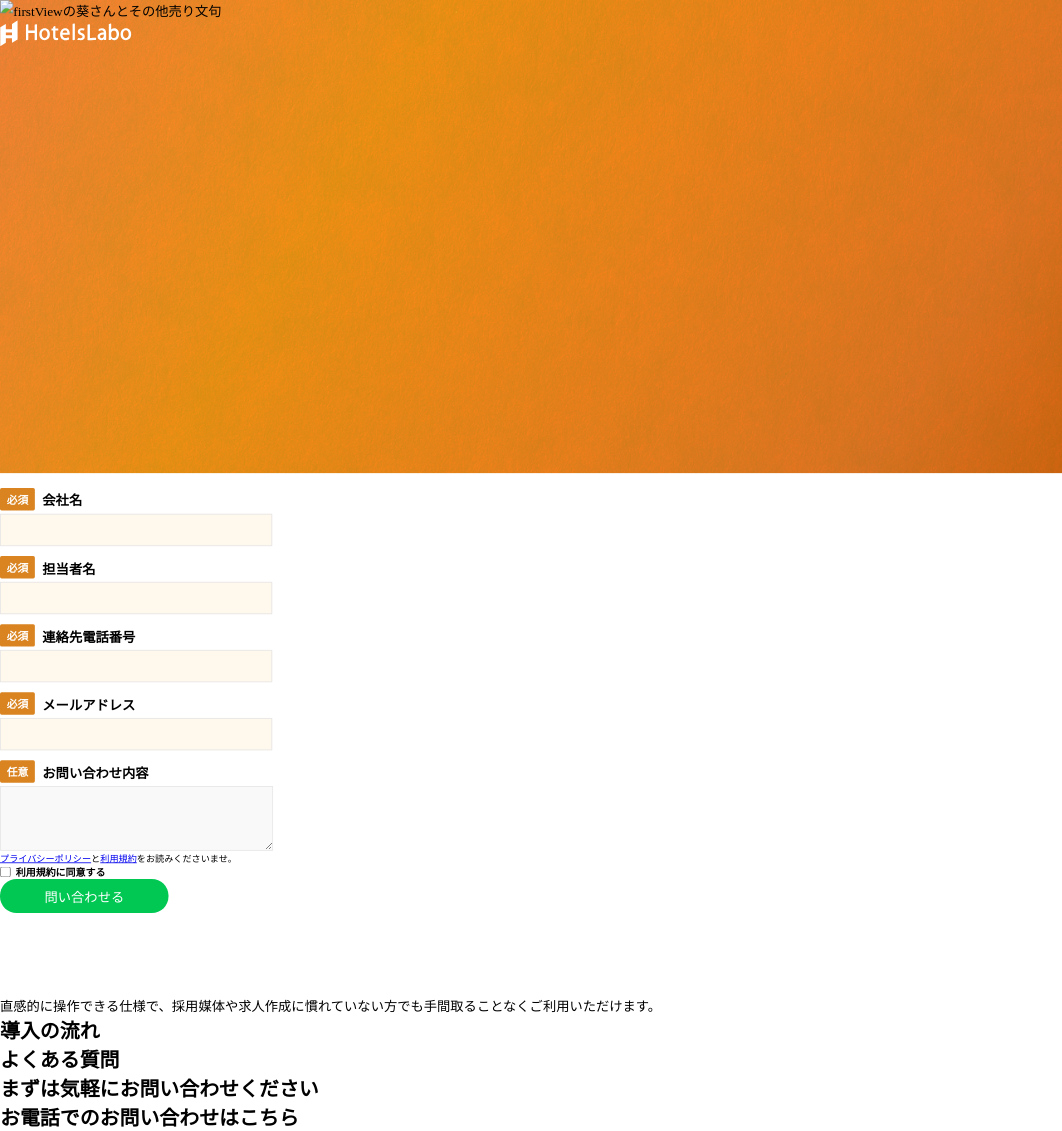
Repository: FujieRyou/to_b_lp
Page: index.html
The author's editor kept a copy of each file at every save. The page is drawn from the files as they stood at one save, then again after the next save.
The browser window is 1280 px wide. The pictures show the whole page, at 83% of full size.

Above is the page before, as saved 2024-02-25 01:52:58.
Not found: index.js

### index.html
<!DOCTYPE html>
<html lang="ja">
    <head>
        <meta charset="utf-8">
        <meta http-equiv="X-UA-Compatible" content="ie=edge">
        <meta name="viewport" content="width=device-width,initial-scale=1.0,minimum-scale=1.0">
        <meta name="format-detection" content="telephone=no">
        <meta name="keywords" content="">
        <meta name="description" content="ここに説明文を設定">
        <meta name="twitter:card" content="summary">
        <meta name="twitter:site" content="@twitteraccount">
        <meta property="og:site_name" content="サイト名">
        <meta property="og:title" content="サイトタイトル">
        <meta property="og:description" content="サイト説明文">
        <meta property="og:url" content="https://www.hogehoge.com">
        <meta property="og:image" content="https://www.hogehoge.com./hoge.jpg">
        <meta property="og:image:type" content="image/jpeg">
        <meta property="og:image:width" content="600">
        <meta property="og:image:height" content="400">
        <meta property="og:type" content="website">
        <title>ホテルズラボ｜ホテルの求人・旅館の転職情報</title>
        <link rel="stylesheet" href="ress.css">
        <link rel="stylesheet" href="style.css">
    </head>
    <body>
        <main>
            <section>
                <div class="firstViewWrap">
                    <div class="firstViewEffect">
                        <div class="contentWrap">
                            <div>
                                <img src="" alt="firstViewの葵さんとその他売り文句">
                                <header>
                                    <h1>
                                        <img src="img/ロゴ.svg" alt="ホテルズラボのロゴ" class="logo">
                                    </h1>
                                </header>
                            </div>
                        </div>
                    </div>
                </div>
            </section>
            <!-- 動く会社のロゴ -->
            <section>
                <div>
                    <ul>
                        <li></li>
                    </ul>
                </div>
            </section>
            <!-- form -->
            <section>
                <div>
                    <form action="" class="formWrap">
                        <div class="formFlexStyle">
                            <label for="companyName"><span>必須</span>会社名</label>
                            <input type="text">
                        </div>
                        <div class="formFlexStyle">
                            <label for="companyName"><span>必須</span>担当者名</label>
                            <input type="text">
                        </div>
                        <div class="formFlexStyle">
                            <label for="companyName"><span>必須</span>連絡先電話番号</label>
                            <input type="text">
                        </div>
                        <div class="formFlexStyle">
                            <label for="companyName"><span>必須</span>メールアドレス</label>
                            <input type="text">
                        </div>
                        <div class="formFlexStyle">
                            <label for="companyName"><span>任意</span>お問い合わせ内容</label>
                            <textarea name="" id="" cols="30" rows="10"></textarea>
                        </div>
                        <p><a href="#">プライバシーポリシー</a>と<a href="#">利用規約</a>をお読みくださいませ。</p>
                        <div class="consent">
                            <input type="checkbox">
                            <label for="">利用規約に同意する</label>
                        </div>
                        <button type="submit">問い合わせる</button>
                    </form>
                </div>
            </section>
            <section>
                <div>
                    <h2><img src="" alt=""></h2>
                    <div>
                        <div>
                            <img src="" alt="">
                            <img src="" alt="">
                            <img src="" alt="">
                        </div>
                    </div>
                </div>
            </section>
            <section>
                <div>
                    <p></p>
                    <h2><img src="" alt=""></h2>
                    <article></article>
                    <article></article>
                    <article></article>
                    <article></article>
                </div>
            </section>
            <section>
                <div>
                    <h2><img src="" alt=""></h2>
                    <p>直感的に操作できる仕様で、採用媒体や求人作成に慣れていない方でも手間取ることなくご利用いただけます。</p>
                </div>
            </section>
            <section>
                <div>
                    <h2>導入の流れ</h2>
                </div>
            </section>
            <section>
                <div>
                    <h2>よくある質問</h2>
                </div>
            </section>
            <section>
                <div>
                    <h2>まずは気軽にお問い合わせください</h2>
                </div>
            </section>
        </main>
        <footer>
            <h2>お電話でのお問い合わせはこちら</h2>
        </footer>
        <script src="index.js"></script>
    </body>
</html>

### ress.css
/*!
 * ress.css • v4.0.0
 * MIT License
 * github.com/filipelinhares/ress
 */

/* # =================================================================
   # Global selectors
   # ================================================================= */

   html {
    box-sizing: border-box;
    -webkit-text-size-adjust: 100%; /* Prevent adjustments of font size after orientation changes in iOS */
    word-break: normal;
    -moz-tab-size: 4;
    tab-size: 4;
  }

  *,
  ::before,
  ::after {
    background-repeat: no-repeat; /* Set `background-repeat: no-repeat` to all elements and pseudo elements */
    box-sizing: inherit;
  }

  ::before,
  ::after {
    text-decoration: inherit; /* Inherit text-decoration and vertical align to ::before and ::after pseudo elements */
    vertical-align: inherit;
  }

  * {
    padding: 0; /* Reset `padding` and `margin` of all elements */
    margin: 0;
  }

  /* # =================================================================
     # General elements
     # ================================================================= */

  hr {
    overflow: visible; /* Show the overflow in Edge and IE */
    height: 0; /* Add the correct box sizing in Firefox */
    color: inherit; /* Correct border color in Firefox. */
  }

  details,
  main {
    display: block; /* Render the `main` element consistently in IE. */
  }

  summary {
    display: list-item; /* Add the correct display in all browsers */
  }

  small {
    font-size: 80%; /* Set font-size to 80% in `small` elements */
  }

  [hidden] {
    display: none; /* Add the correct display in IE */
  }

  abbr[title] {
    border-bottom: none; /* Remove the bottom border in Chrome 57 */
    /* Add the correct text decoration in Chrome, Edge, IE, Opera, and Safari */
    text-decoration: underline;
    text-decoration: underline dotted;
  }

  a {
    background-color: transparent; /* Remove the gray background on active links in IE 10 */
  }

  a:active,
  a:hover {
    outline-width: 0; /* Remove the outline when hovering in all browsers */
  }

  code,
  kbd,
  pre,
  samp {
    font-family: monospace, monospace; /* Specify the font family of code elements */
  }

  pre {
    font-size: 1em; /* Correct the odd `em` font sizing in all browsers */
  }

  b,
  strong {
    font-weight: bolder; /* Add the correct font weight in Chrome, Edge, and Safari */
  }

  /* https://gist.github.com/unruthless/413930 */
  sub,
  sup {
    font-size: 75%;
    line-height: 0;
    position: relative;
    vertical-align: baseline;
  }

  sub {
    bottom: -0.25em;
  }

  sup {
    top: -0.5em;
  }

  table {
    border-color: inherit; /* Correct border color in all Chrome, Edge, and Safari. */
    text-indent: 0; /* Remove text indentation in Chrome, Edge, and Safari */
  }

  /* # =================================================================
     # Forms
     # ================================================================= */

  input {
    border-radius: 0;
  }

  /* Replace pointer cursor in disabled elements */
  [disabled] {
    cursor: default;
  }

  [type='number']::-webkit-inner-spin-button,
  [type='number']::-webkit-outer-spin-button {
    height: auto; /* Correct the cursor style of increment and decrement buttons in Chrome */
  }

  [type='search'] {
    -webkit-appearance: textfield; /* Correct the odd appearance in Chrome and Safari */
    outline-offset: -2px; /* Correct the outline style in Safari */
  }

  [type='search']::-webkit-search-decoration {
    -webkit-appearance: none; /* Remove the inner padding in Chrome and Safari on macOS */
  }

  textarea {
    overflow: auto; /* Internet Explorer 11+ */
    resize: vertical; /* Specify textarea resizability */
  }

  button,
  input,
  optgroup,
  select,
  textarea {
    font: inherit; /* Specify font inheritance of form elements */
  }

  optgroup {
    font-weight: bold; /* Restore the font weight unset by the previous rule */
  }

  button {
    overflow: visible; /* Address `overflow` set to `hidden` in IE 8/9/10/11 */
  }

  button,
  select {
    text-transform: none; /* Firefox 40+, Internet Explorer 11- */
  }

  /* Apply cursor pointer to button elements */
  button,
  [type='button'],
  [type='reset'],
  [type='submit'],
  [role='button'] {
    cursor: pointer;
    color: inherit;
  }

  /* Remove inner padding and border in Firefox 4+ */
  button::-moz-focus-inner,
  [type='button']::-moz-focus-inner,
  [type='reset']::-moz-focus-inner,
  [type='submit']::-moz-focus-inner {
    border-style: none;
    padding: 0;
  }

  /* Replace focus style removed in the border reset above */
  button:-moz-focusring,
  [type='button']::-moz-focus-inner,
  [type='reset']::-moz-focus-inner,
  [type='submit']::-moz-focus-inner {
    outline: 1px dotted ButtonText;
  }

  button,
  html [type='button'], /* Prevent a WebKit bug where (2) destroys native `audio` and `video`controls in Android 4 */
  [type='reset'],
  [type='submit'] {
    -webkit-appearance: button; /* Correct the inability to style clickable types in iOS */
  }

  /* Remove the default button styling in all browsers */
  button,
  input,
  select,
  textarea {
    background-color: transparent;
    border-style: none;
  }

  a:focus,
  button:focus,
  input:focus,
  select:focus,
  textarea:focus {
    outline-width: 0;
  }

  /* Style select like a standard input */
  select {
    -moz-appearance: none; /* Firefox 36+ */
    -webkit-appearance: none; /* Chrome 41+ */
  }

  select::-ms-expand {
    display: none; /* Internet Explorer 11+ */
  }

  select::-ms-value {
    color: currentColor; /* Internet Explorer 11+ */
  }

  legend {
    border: 0; /* Correct `color` not being inherited in IE 8/9/10/11 */
    color: inherit; /* Correct the color inheritance from `fieldset` elements in IE */
    display: table; /* Correct the text wrapping in Edge and IE */
    max-width: 100%; /* Correct the text wrapping in Edge and IE */
    white-space: normal; /* Correct the text wrapping in Edge and IE */
    max-width: 100%; /* Correct the text wrapping in Edge 18- and IE */
  }

  ::-webkit-file-upload-button {
    /* Correct the inability to style clickable types in iOS and Safari */
    -webkit-appearance: button;
    color: inherit;
    font: inherit; /* Change font properties to `inherit` in Chrome and Safari */
  }

  /* # =================================================================
     # Specify media element style
     # ================================================================= */

  img {
    border-style: none; /* Remove border when inside `a` element in IE 8/9/10 */
  }

  /* Add the correct vertical alignment in Chrome, Firefox, and Opera */
  progress {
    vertical-align: baseline;
  }

  /* # =================================================================
     # Accessibility
     # ================================================================= */

  /* Specify the progress cursor of updating elements */
  [aria-busy='true'] {
    cursor: progress;
  }

  /* Specify the pointer cursor of trigger elements */
  [aria-controls] {
    cursor: pointer;
  }

  /* Specify the unstyled cursor of disabled, not-editable, or otherwise inoperable elements */
  [aria-disabled='true'] {
    cursor: default;
  }

### style.css
.firstViewWrap{
    width: 100vw;
    height: 570px;
    background-image: url("./img/bgcMain.png");
}

.firstViewEffect{
    width: 100%;
    height: 100%;
    background-image: url("./img/bgcBler.png");
}








/* formstyle */

form{
    width: 369px;
}

.formFlexStyle{
    display: flex;
    flex-direction: column;
    margin: 0 auto;
}

.formDetail{
    margin: 0 auto;
}

.formFlexStyle > label{
    font-size: 16px;
    font-weight: bold;
    margin-bottom: 4px;
    display: flex;
    align-items: center;
}

.formFlexStyle > label > span{
    background-color: rgba(217, 132, 33, 1);
    color: #fff;
    font-size: 13px;
    border-radius: 2px;
    margin-right: 9px;
    padding: 4px 8px;
}

.formFlexStyle > input{
    width: 328px;
    height: 39px;
    border: solid 1.03px rgba(230, 230, 230, 1);
    background-color: rgba(255, 248, 237, 1);
    margin-bottom: 12px;
}

.formFlexStyle > textarea{
    width: 328.65px;
    height: 78.05px;
    border: solid 1.03px rgba(230, 230, 230, 1);
    background-color: rgba(249, 249, 249, 1);
}

.formWrap > p{
    font-size: 11px;
}

.consent{
    display: flex;
    align-items: center;
}

.consent > label{
    font-size: 12px;
    font-weight: bold;
    margin-left: 6px;
}

.formWrap > button{
    display: block;
    width: 203.35px;
    height: 41.08px;
    background-color: rgba(0, 200, 83, 1);
    color: #fff;
    border-radius: 20px;
}

After the next save:
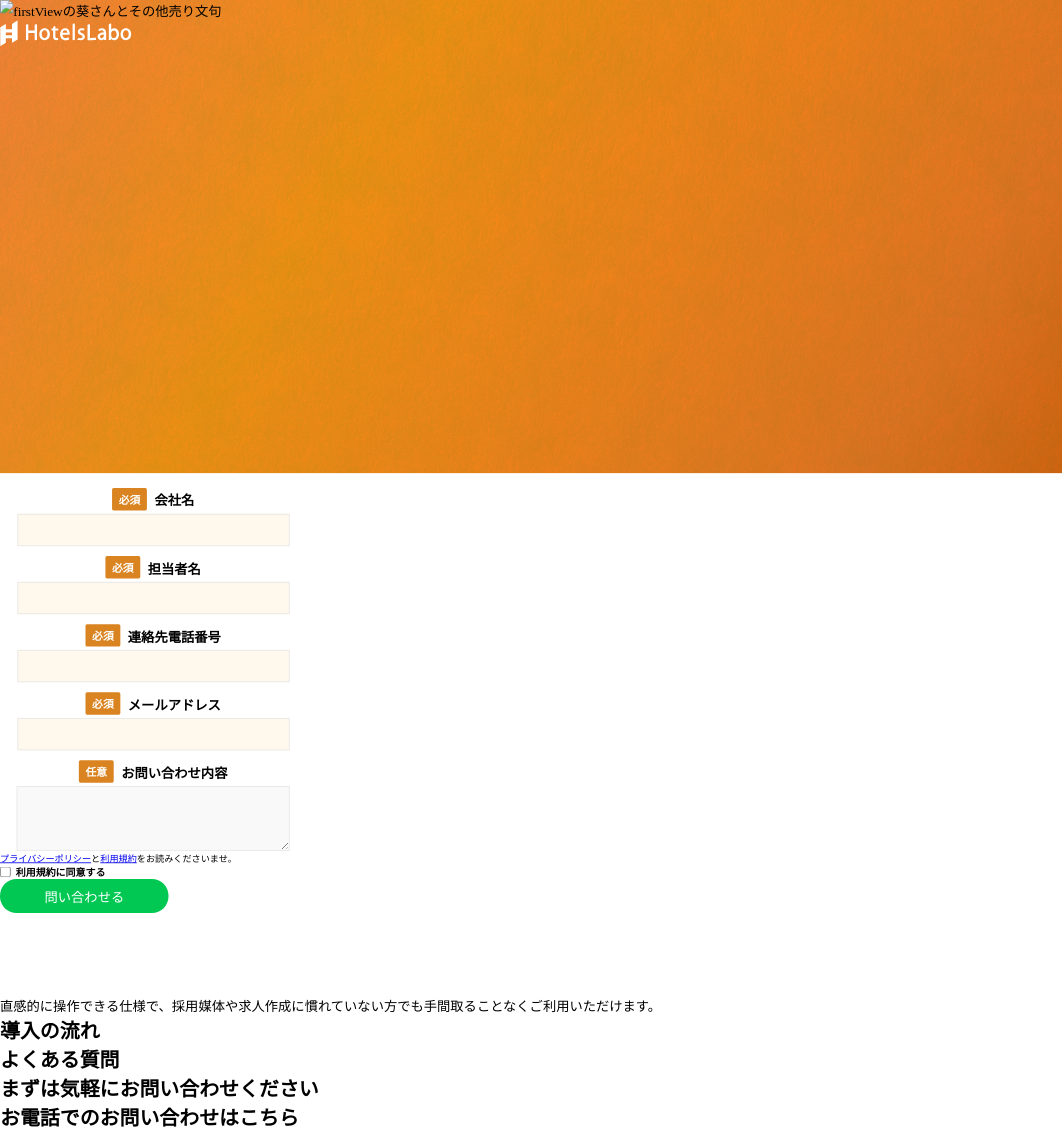
Saved 15 s later.
--- a/style.css
+++ b/style.css
@@ -26,7 +26,7 @@
 .formFlexStyle{
     display: flex;
     flex-direction: column;
-    margin: 0 auto;
+    align-items: center;
 }
 
 .formDetail{

After the save that followed:
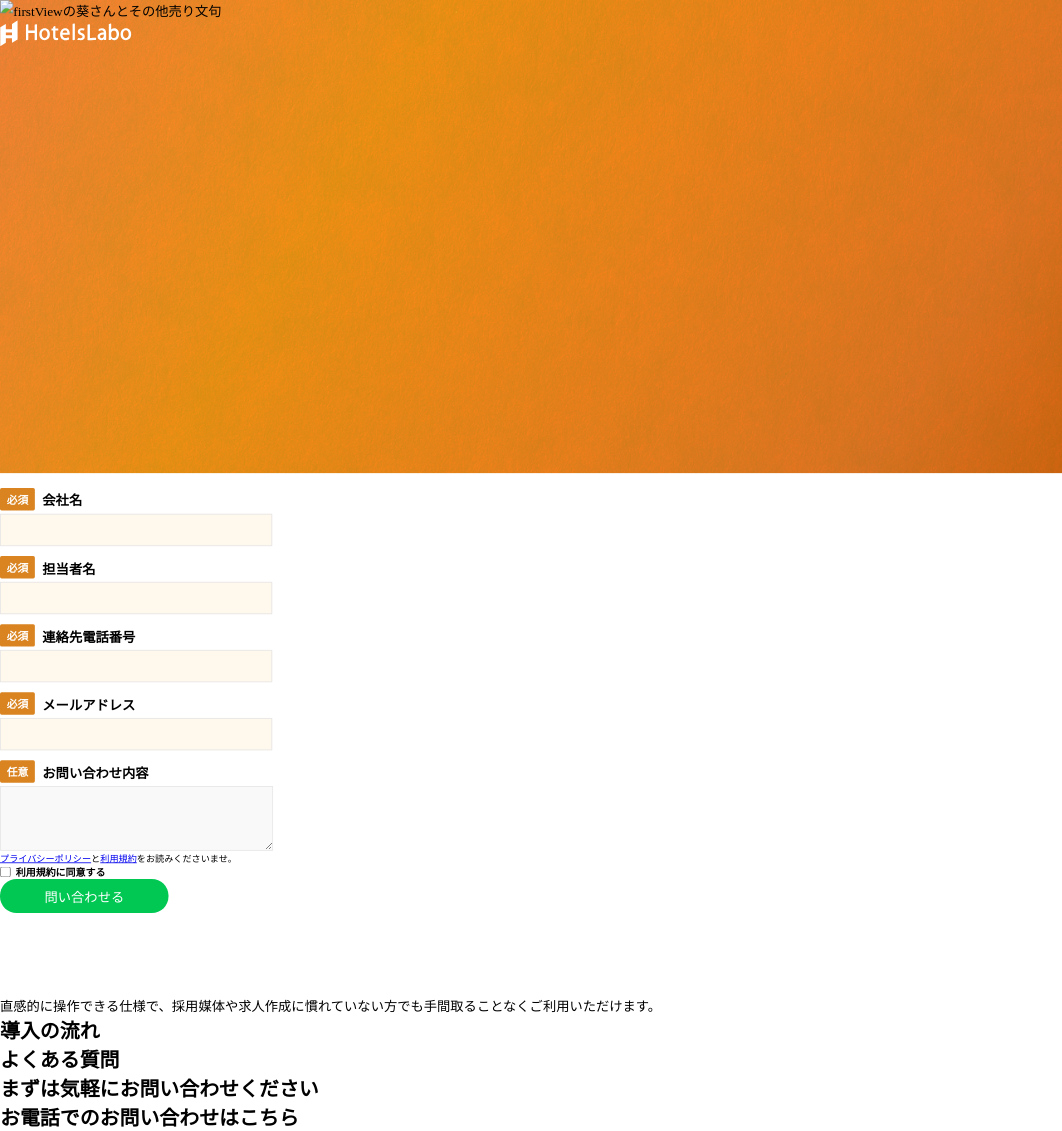
Saved 7 s later.
--- a/style.css
+++ b/style.css
@@ -26,7 +26,6 @@
 .formFlexStyle{
     display: flex;
     flex-direction: column;
-    align-items: center;
 }
 
 .formDetail{
